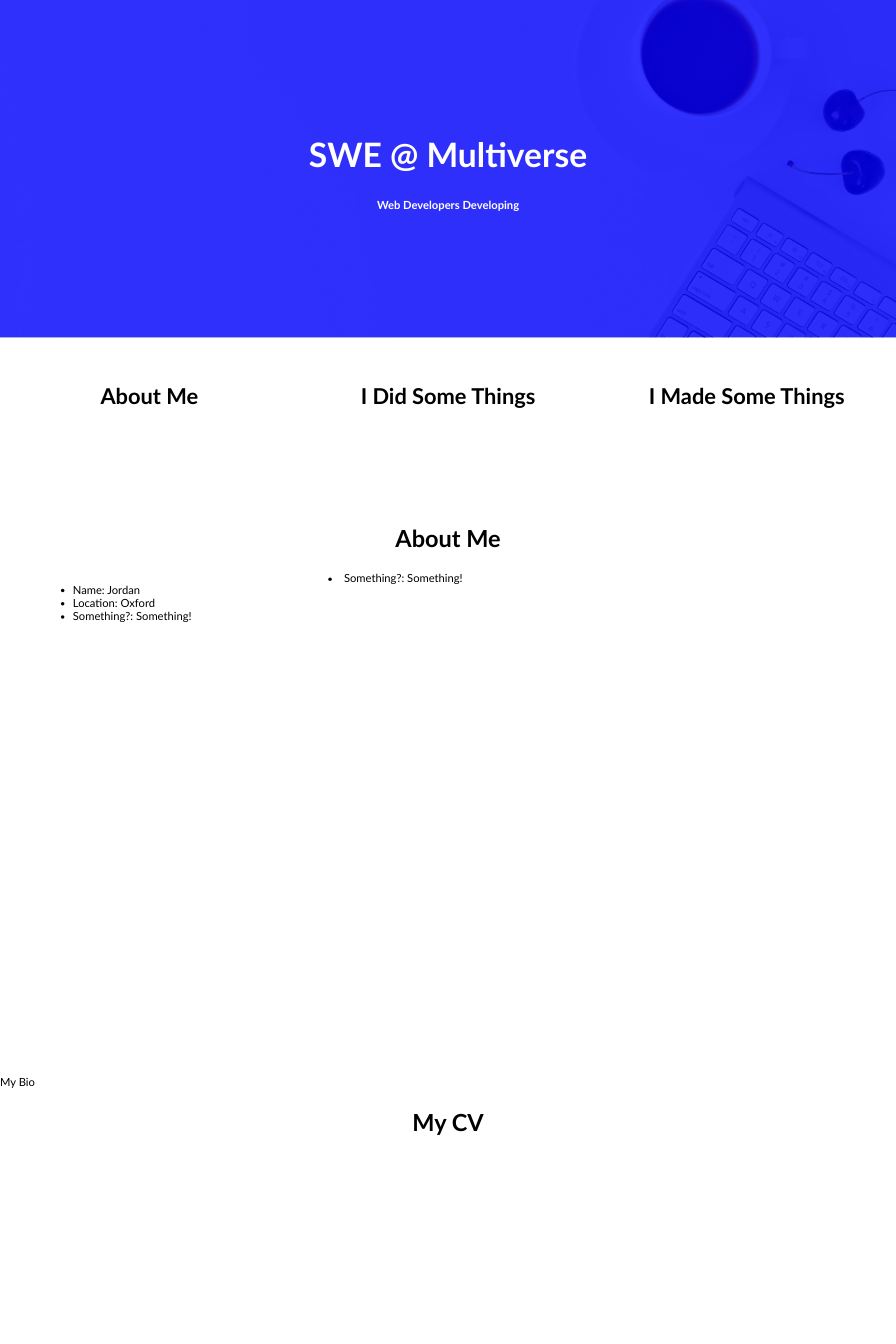
Repository: Scoofster/SWE-Flying-start-bio-website
Page: public/index.html
An editor plug-in stored every save of this project. The page is shown before and after the next save, followed by the edit.
The browser window is 1280 px wide. The pictures show the part of the page from y = 0 to 1920 px (the page is 3186 px tall), at 70% of full size.

Above is the page before, as saved 2022-06-16 15:32:27.

After the next save:
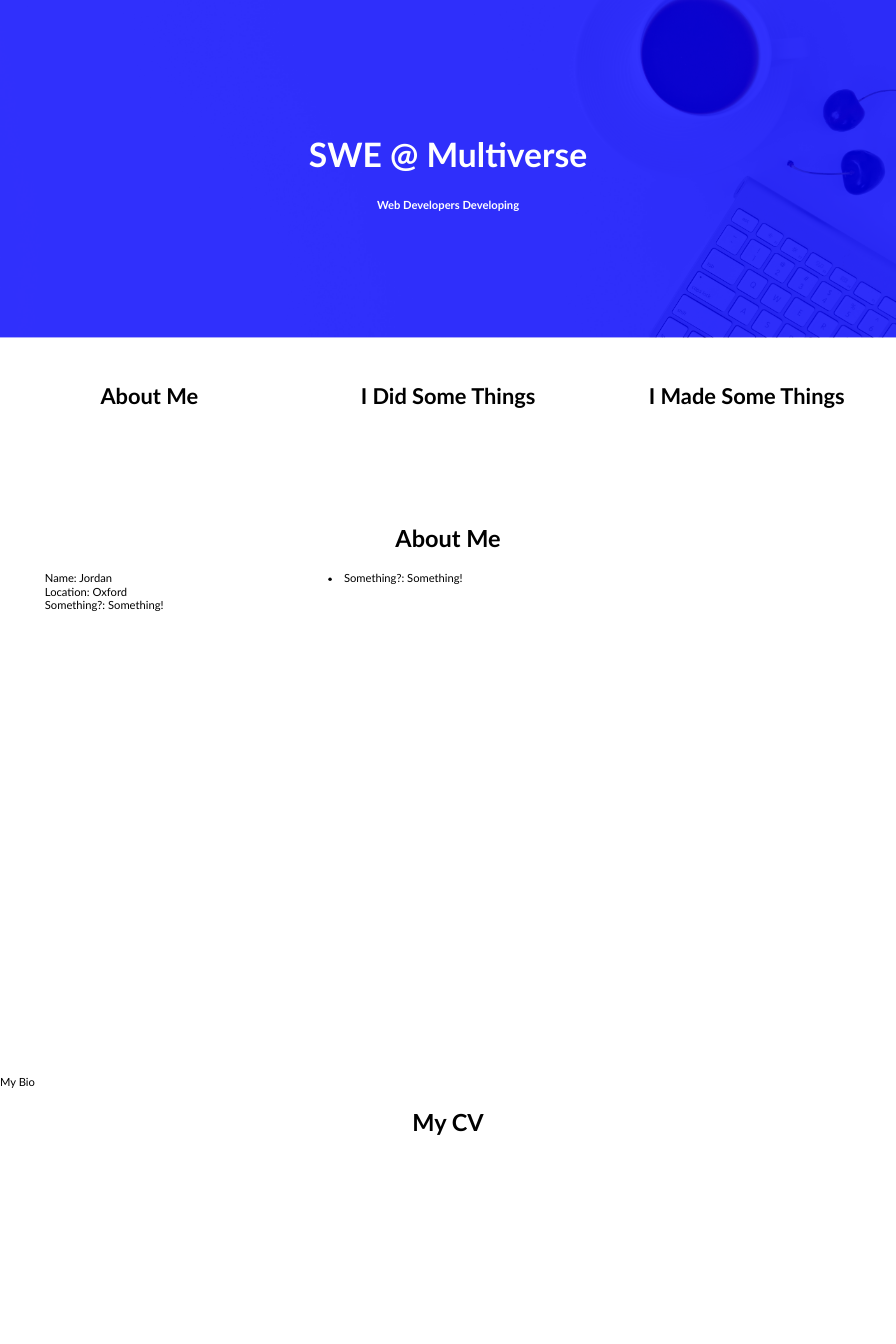
Saved 109 s later.
--- a/public/index.css
+++ b/public/index.css
@@ -63,8 +63,10 @@
   #personal-info {
     grid-area: 1/1/3/1
   }
-  #personal-info > li {
-    margin: 2rem;
+  #personal-info > ul {
+    list-style-type: none;
+    margin: 0;
+    padding: 0;
   }
 
 
